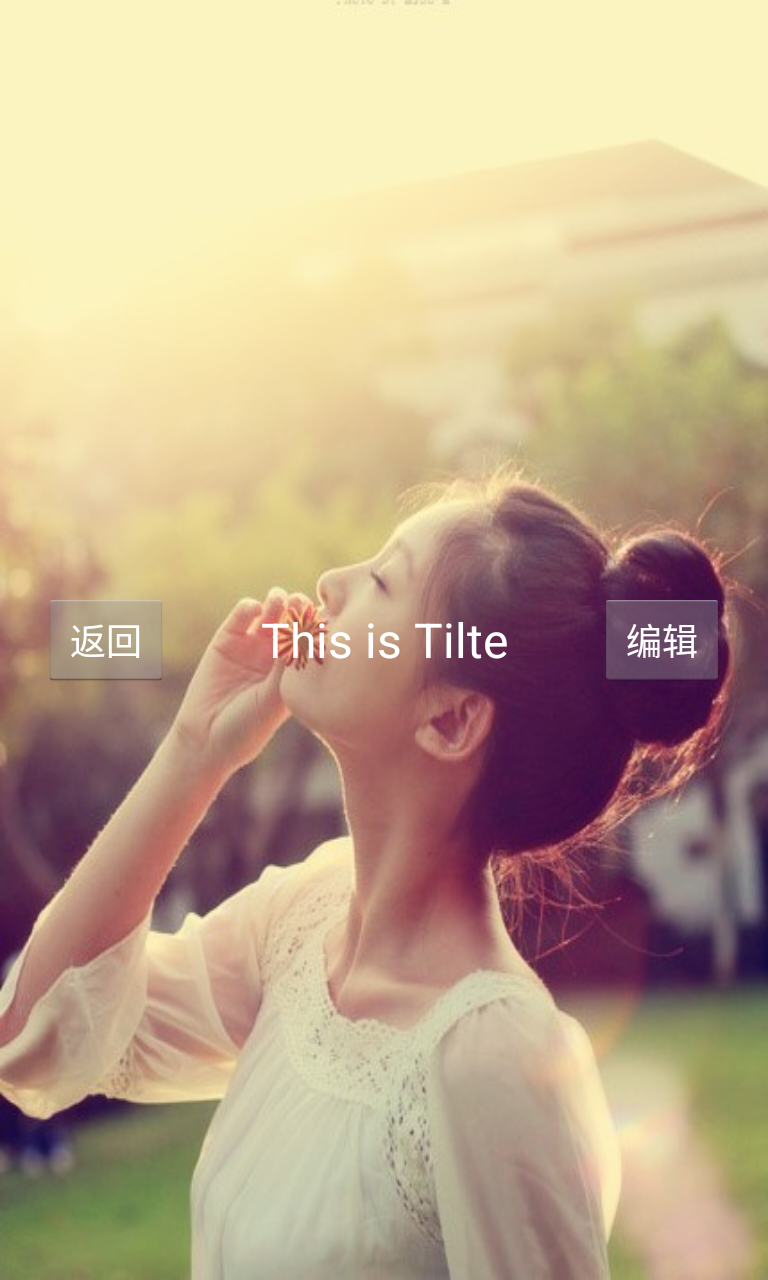
Repository: jinpp/Android
Layout: UICustomViews/res/layout/title.xml
These files come from the project's save history. The layout is drawn as it stood at one moment and after a run of saves; the edit follows.
It is drawn on a 768 x 1280 px phone screen (xhdpi) without system bars, with theme AppTheme; the app's code is not run.

Above is the layout before, as saved 2016-11-17 05:25:43.

After the next 2 saves:
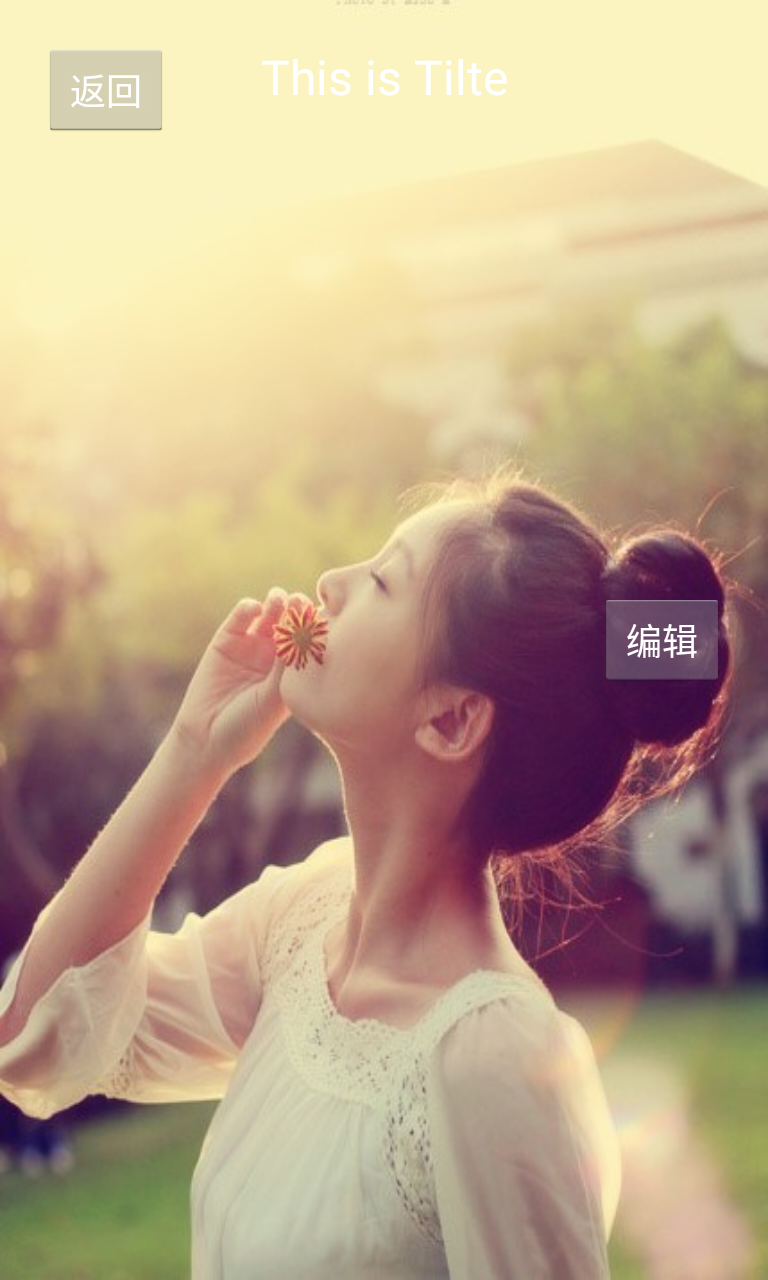
The 2 saves are shown as one change because they came seconds apart.
The last was saved 8 s later.
--- a/UICustomViews/res/layout/title.xml
+++ b/UICustomViews/res/layout/title.xml
@@ -13,7 +13,6 @@
         android:id="@+id/rbutton"
         android:layout_width="wrap_content"
         android:layout_height="wrap_content"
-        android:layout_gravity="center"
         android:layout_margin="5dip"
         android:textColor="#fff"
         android:text="返回" />
@@ -22,7 +21,7 @@
         android:id="@+id/textview"
         android:layout_width="0dip"
         android:layout_height="wrap_content"
-        android:layout_gravity="center"
+
         android:layout_weight="1"
         android:textColor="#fff"
         android:gravity="center"
